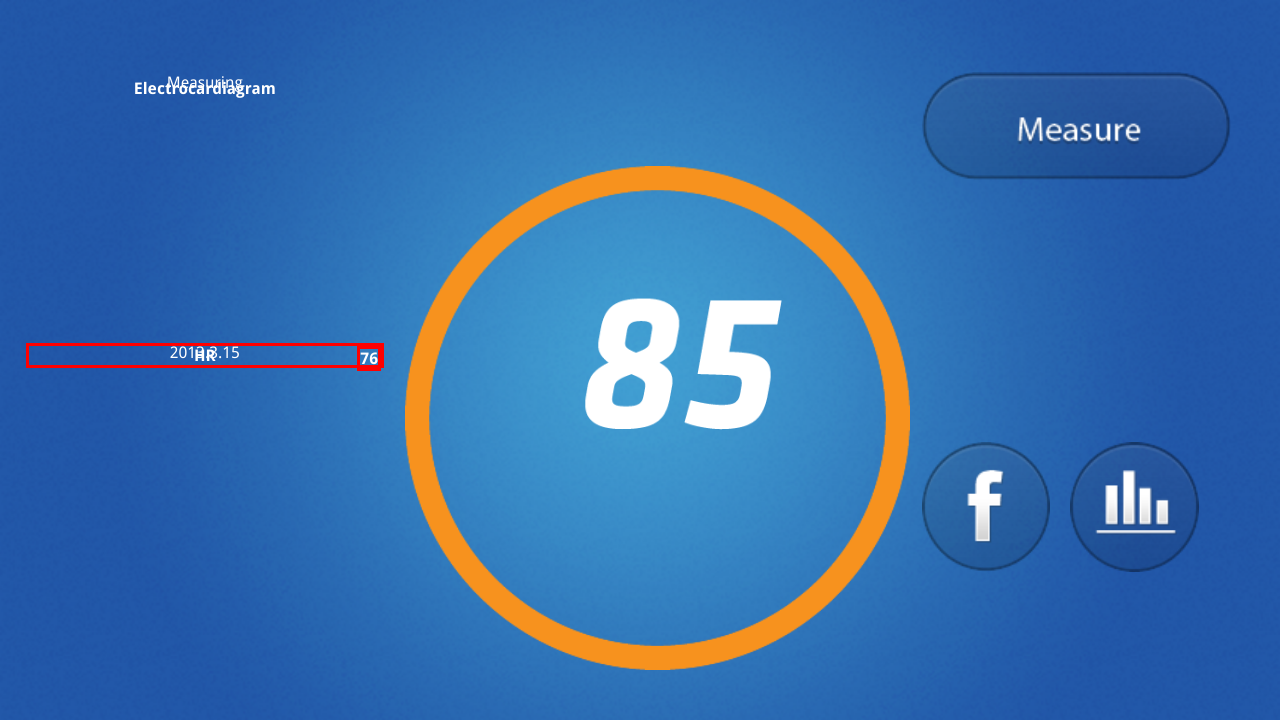
Repository: chouwill79131/IEcontest
Page: BluetoothChat/assets/complete.html
These files come from the project's save history. The page is drawn as it stood at one moment and after the next save; the edit follows.
The browser window is 1280 px wide. The pictures show the whole page.

Above is the page before, as saved 2013-03-08 17:47:10.
Console error: TypeError: Cannot set properties of null (setting 'innerHTML')

### BluetoothChat/assets/complete.html
<html>
  <head>
    <meta http-equiv="Content-Type" content="text/html; charset=utf-8"/>
    <link href="complete.css" rel="stylesheet"/>
    <script src="jquery.js"></script>
    <script src="highcharts.js"></script>
    <script src="delay.js"></script>
    <script src="main.js"></script>
  </head>
  <body>
    <div id="main" >
    	<div class="left">
			<div class="text">
				<div class="word">Electrocardiagram</div><br />
				<div class="subword">Measuring</div><br />

				<div class="hr">HR<div id="hr">76</div></div><br />
				<div class="date">2013.3.15</div>
			</div>

		</div>

		<div class="mid">
			<img class="rhythm" src="button/85.png" />
			<img class="circle" src="button/circle.png" />
		</div>

		<div class="right">
			<button class="measure"><img src="button/Measure.png" /></button><br />
			<button class="share" ><img src="button/Share.png" /></button>
			<button class="record"><img src="button/Record.png" /></button>
		</div>




	</div>
  </body>
</html>

### BluetoothChat/assets/complete.css
@font-face {
    font-family: droidsans;
    src: url(fonts/droidsans.ttf);
}

@font-face {
    font-family: DroidSans-Bold;
    src: url(fonts/DroidSans-Bold.ttf);
}

body { margin:0; padding:0;}
#main { width: auto; height: 100%; background-image: url(button/background.png); background-size: 100% 100%; }
.left, .mid, .right {float: left; height: 100%; }


.left {  width: 28%; padding-left:2%;}
.text, .hr , .date{ text-align: center; color:white;}
.word { margin-top: 22%;  font-family: DroidSans-Bold ; }
.subword, .date { margin-top:-12%; font-family: droidsans ;}
.hr {  border:solid red ; margin-top: 65%;  font-family: DroidSans-Bold ;}
#hr {border:solid red; float:right; margin-left: -60% ;}

.mid { width: 41%; }
.rhythm, .circle { width: auto; height:70%; margin-left: 4%; }
.rhythm { margin-top: 22%; z-index: 1;  margin-left:-28% ;}
.circle { margin-top: -86.5%; z-index: 2; }

.right { width: 29%; }
.right button { float: left; border: none; background: transparent; }
.measure img {margin-top: 5%; width: auto;  height:15%; }
.share img, .record img { width: auto;  height:18%; }
.measure { margin-left: 2%; margin-top: 15%; }
.share, .record { background: red;margin-top: 70%; margin-left: 2%; }


<!--
border? font? .record_top
-->

### BluetoothChat/assets/delay.js

$(function(){
setTimeout(function(){
$.getScript("dy_chart.js");
},200)
})

### BluetoothChat/assets/main.js
var chart;
var step = 0.01;	//step0.008每秒125點	//0.005極限
var xstart = step;
var hr = "--";
var score = "--";
var index;
$(document).ready(function ready() {

    var s = "";
    var theDate = new Date();
    s += theDate.getYear()+1900 + ".";                //  年
    s += (theDate.getMonth() + 1) + ".";				// 月
    s += theDate.getDate(); 							// 日
    document.getElementById("date").innerHTML = s;
    index = document.getElementById("main").innerHTML; //保留首頁

    $(".measure").live("click", function() {
      measure();
    }); //click .measure


}); //(document).ready

function shared(){
	view1 = document.getElementById("rhythm").innerHTML;
	document.getElementById("rhythm").innerHTML = view1+'<img class="stop" src="button/complete.png" style="width:100%; margin-top: -50% ;z-index:5;position: relative;" />';
	$("#main").live("click", function() {
      document.getElementById("rhythm").innerHTML = view1;
    });
}

function complete(hr1,score1){
  hr = hr1;
  score = score1;
  view = document.getElementById("dy_chart").innerHTML;
  document.getElementById("dy_chart").innerHTML = view+'<img class="stop" src="button/Completed.png" style="width:50%; margin: -20% 0% 0% 25%; z-index:2;position: relative;" />';
  $(".stop").html('<img src="button/Continue.png" />');
}

function addSomething(a) {
  for (var i in a){
    chart.series[0].addPoint([xstart,a[i]],false,true);
    xstart += step;
  }
  chart.redraw();
}

function history(history){
	view2 = document.getElementById("main").innerHTML;
    $("#main").html(
    '<div class="main1">'+
	'<div class="contain">'+
	'<div id="dy_chart" style="z-index:1;position: relative;"></div>'+
	'</div>'+
	'<div id="foot">'+
	'<button class="stop">'+
	'<img src="button/Back.png" />'+
	'</button>'+
	'</div>'+
    '</div>'
    );

    Highcharts.setOptions({
      global: {
	useUTC: true
      }
    });

    hischart = new Highcharts.Chart({
      chart: {
		renderTo: 'dy_chart',
		backgroundColor: 'transparent',
		type: 'line',
      },
      title: {
		style:{ color: '#FFFFFF'},
		text: 'Measure history',
      },
      credits: {			// highchart.com
		enabled:false
      },
      legend: {  			// 線的標示
        enabled: false
      },
      xAxis: {
      	type: 'datetime',
		dateTimeLabelFormats: { // don't display the dummy year
	  		month: '%e. %b',
	  		year: '%b'
		},
		lineColor: '#FFFFFF',
		labels: {
	  		style: {
				color: '#FFFFFF',
			}
		}
	  },
	  yAxis: {
	    title: {text: 'Feeling',
	    			style: {
						color: '#FFFFFF',
					}
				},
	  	gridLineColor: '#FFFFFF',
	  	labels: {
	  		style: {
				color: '#FFFFFF',
			}
		}
	  },
	  plotOptions: {
                line: {
                    dataLabels: {
                        enabled: true,
                        color: '#FFFFFF',
                    },
                    enableMouseTracking: true,
                }
      },
	series: [{
	  name: 'measure history',
	  color: '#FFFFFF',
	  data: history
	}],
    });

    $(".stop").live("click", function(){
 //     hr = "--";
      $(".main1").html(view2);
 //     document.getElementById("hr").innerHTML = hr;
    });
};// .record click

function measure(){
	xstart = 0.01;
	$("#main").html('<div class="main1">'+
		'<div class="contain">'+
		'<div id="dy_chart" style="z-index:1;position: relative;"></div>'+
		'</div>'+
		'<div id="foot">'+
		'<button class="stop" onclick="window.MyHandler.disconnect()">'+
		'<img src="button/Stop.png" />'+
		'</button>'+
		'</div>'+
      	'</div>');
    Highcharts.setOptions({
      global: {useUTC: true }
    });
    chart = new Highcharts.Chart({
      chart: {
		renderTo: 'dy_chart',
		backgroundColor: 'transparent',
		type: 'spline',
		marginRight: 10,
      },
      credits: {enabled:false},
      title: {
		style:{ color: '#FFFFFF'},
		text: 'Electrondiagram',
      },
      xAxis: {
		type: 'x Axis',
		style:{ color: '#FFFFFF'},
		tickPixelInterval: 100,
		lineColor: '#FFFFFF',
		labels: {style: {color: '#FFFFFF'}},
      },
      yAxis: {
      	title: {
      		text: 'Score',
      		style: {color: '#FFFFFF'}},
	  		gridLineColor: '#FFFFFF',
	  		labels: {style: {color: '#FFFFFF'}},
			//max:1500,
			//min:0,
			title: {
	  			style:{ color: '#FFFFFF'},
	  			text: 'PPG'
	  		},
			plotLines: [{value: 0,width: 1}]
      	},
      	legend: {enabled: false},
      	exporting: {enabled: false},
      	plotOptions: {
			spline: {
	  			lineWidth: 1,
	  			states: {
	    			hover: {
	      				enabled: false,
	      				lineWidth: 2
	    			}
	  			},
	  		marker: {
	    		enabled: false,
	    		states: {
	      			hover: {
						enabled: false,
	      			}
	    		}
	  		},
		}
      }, // yAxis
      series: [{
		name: 'Data',
		color: '#FFFFFF',
		data: (function() {
	  		var data = [];
	  		var step = 0.01;	//step0.008每秒125點	//0.005極限
			var xstart = step;
	  		for (var i = -4; i <= xstart; i+=step){data.push({x: i,y: 0 });}
	  		return data;
		})()
		}]
    }); //Highcharts

    hr = '--';
    score = '--';
    $(".stop").live("click",function() {
      $(".main1").html(index);
      document.getElementById("hr").innerHTML = hr;
      document.getElementById("rhythm").innerHTML = '<div id="score">'+score+'</div><img class="circle" src="button/circle.png" />';
    }); //click .stop
}

### BluetoothChat/assets/dy_chart.js
var chart;
var step = 0.01;	//step0.008每秒125點	//0.005極限
var xstart = step;
//a = Math.random();
var hr = 15;
var score = 80;
function complete(hr1,score1){
	hr = hr1;
	score = score1;
	view = document.getElementById("dy_chart").innerHTML;
	document.getElementById("dy_chart").innerHTML = view+'<img class="stop" src="button/60.png" style="width:50%; margin: -20% 0% 0% 25%; z-index:2;position: relative;" /><br />'+hr+',<br />'+score;
}

function addSomething(a) {
//	setInterval(function() {        			 // for testing feq
	for (var i in a){
		chart.series[0].addPoint([xstart,a[i]],false,true);
		xstart += step;
	}

	/**
	chart.series[0].addPoint([xstart,a],false,true);
	xstart += step;
	**/

	chart.redraw();
//	}, 1000);									// for testing feq
}



$(function () {
	$(".stop").click(function() {
	$(".main1").html('  <div id="main" >'+
    	'<div class="left">'+
			'<div class="text">'+
				'<div class="word">Electrocardiagram</div><br />'+
				'<div class="subword">Measuring</div><br />'+
				'<div class="hr">HR <span id="hr"></span></div>'+
				'<div id="date"></div>'+
			'</div>'+
		'</div>'+
		'<div class="mid" id="mid">'+
			'<div class="score">84</div>'+
			'<img class="circle" src="button/circle.png" />'+
		'</div>'+
		'<div class="right">'+
			'<button class="measure"><img src="button/Measure.png" /></button><br />'+
			'<button class="share" ><img src="button/Share.png" /></button>'+
			'<button class="record"><img src="button/Record.png" /></button>'+
		'</div>'+
	'</div>');
 // 		window.location.href = "complete.html";
	});
    $(document).ready(function() {
        Highcharts.setOptions({
            global: {
                useUTC: false
            }
        });

        chart = new Highcharts.Chart({
            chart: {
                renderTo: 'dy_chart',
                backgroundColor: 'transparent',
                type: 'spline',
                marginRight: 10,
            },
            credits: {
            enabled:false
            }
            ,
            title: {
            	style:{ color: '#FFFFFF'},
                text: 'Electrondiagram',
            },
            xAxis: {
                type: 'x Axis',
                style:{ color: '#FFFFFF'},
                tickPixelInterval: 150
            },
            yAxis: {
            	max:1500,
            	min:0,
                title: {
                	style:{ color: '#FFFFFF'},
                    text: 'Value'
                },
                plotLines: [{
                    value: 0,
                    width: 1,
                }]
            },

            legend: {
                enabled: false
            },
            exporting: {
                enabled: false
            },
	    plotOptions: {
                spline: {
                   lineWidth: 1,
                   states: {
                       hover: {
                       	enabled: false,
                        lineWidth: 2
                       }
                   },
                   marker: {
                      enabled: false,
                      states: {
                          hover: {
                             enabled: false,
                          }
                      }
                  },
               }
            },
            series: [{
                name: 'Data',
                color: '#FFFFFF',
                data: (function() {
                    // generate an array of random data
                    var data = [],
                        time = (new Date()).getTime(),i;

                    for (i = -4; i <= xstart; i+=step) {
                        data.push({
                            x: i,
                            y: 0
                        });
                    }
                    return data;
                })()
            }]
        });
    });
});

Loaded but not shown: BluetoothChat/assets/jquery.js (library); BluetoothChat/assets/highcharts.js (library)

After the next save:
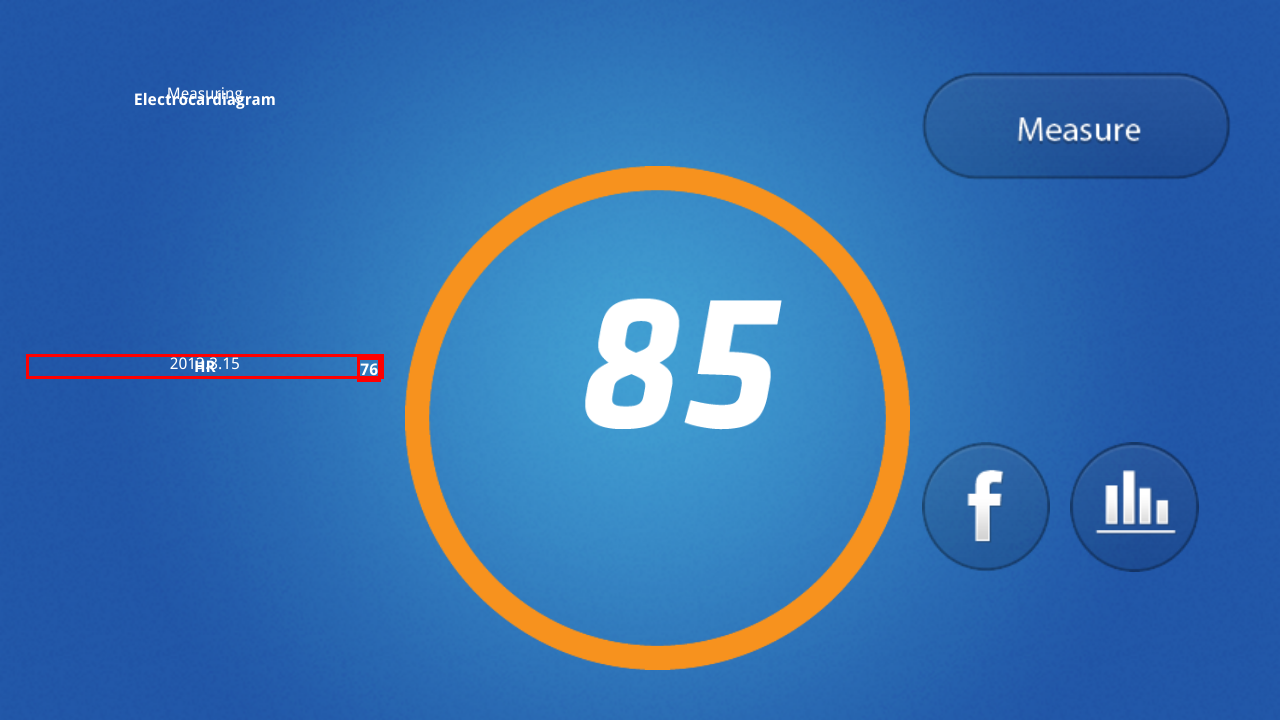
Saved 96 s later.
--- a/BluetoothChat/assets/complete.css
+++ b/BluetoothChat/assets/complete.css
@@ -15,10 +15,11 @@ body { margin:0; padding:0;}
 
 .left {  width: 28%; padding-left:2%;}
 .text, .hr , .date{ text-align: center; color:white;}
-.word { margin-top: 22%;  font-family: DroidSans-Bold ; }
+.word { margin-top: 25%;  font-family: DroidSans-Bold ; }
 .subword, .date { margin-top:-12%; font-family: droidsans ;}
 .hr {  border:solid red ; margin-top: 65%;  font-family: DroidSans-Bold ;}
 #hr {border:solid red; float:right; margin-left: -60% ;}
+.date { font-family: droidsans ;}
 
 .mid { width: 41%; }
 .rhythm, .circle { width: auto; height:70%; margin-left: 4%; }
